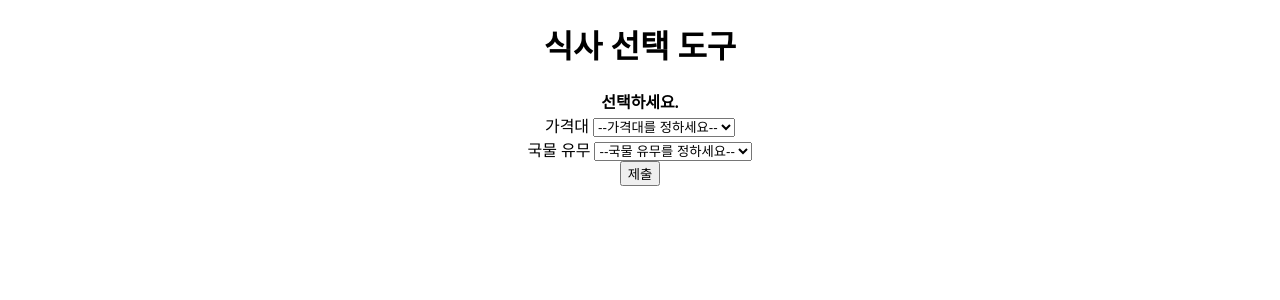
Repository: kimgh06/JavaWeb
Page: http://localhost/what/
These files come from the project's save history. The page is drawn as it stood at one moment and after the next save; the edit follows.
The browser window is 1280 px wide. The pictures show the whole page.
The page is served by Tomcat 9.

Above is the page before, as saved 2022-11-04 00:15:40.

After the next save:
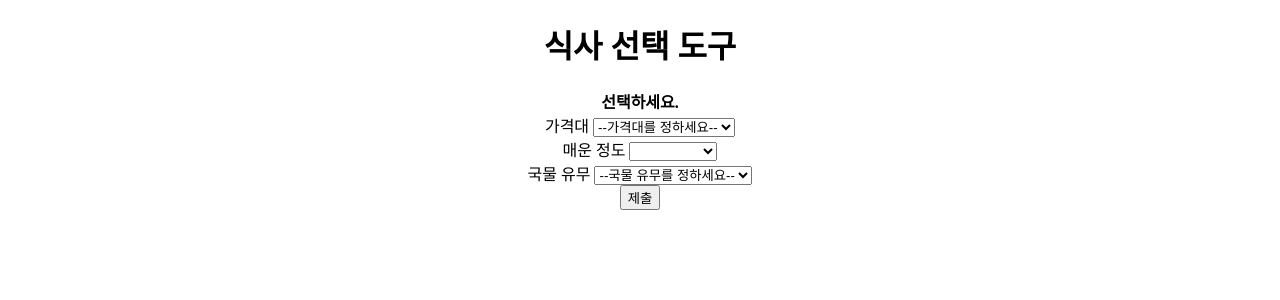
Saved 2 min 16 s later.
--- a/what/src/main/webapp/index.jsp
+++ b/what/src/main/webapp/index.jsp
@@ -24,6 +24,15 @@
 				</select>
 			</div>
 			<div>
+				<label>매운 정도</label>
+				<select>
+					<option value="-1"></option>
+					<option value="하">맵지 않음</option>
+					<option value="중">적당히 매움</option>
+					<option value="상">매움</option>
+				</select>
+			</div>
+			<div>
 				<label>국물 유무</label>
 				<select>
 					<option value="-1">--국물 유무를 정하세요--</option>
@@ -31,9 +40,6 @@
 					<option value="1">있음</option>
 				</select>
 			</div>
-			<div>
-
-			</div>
 			<button>제출</button>
 		</div>
 	</div>
